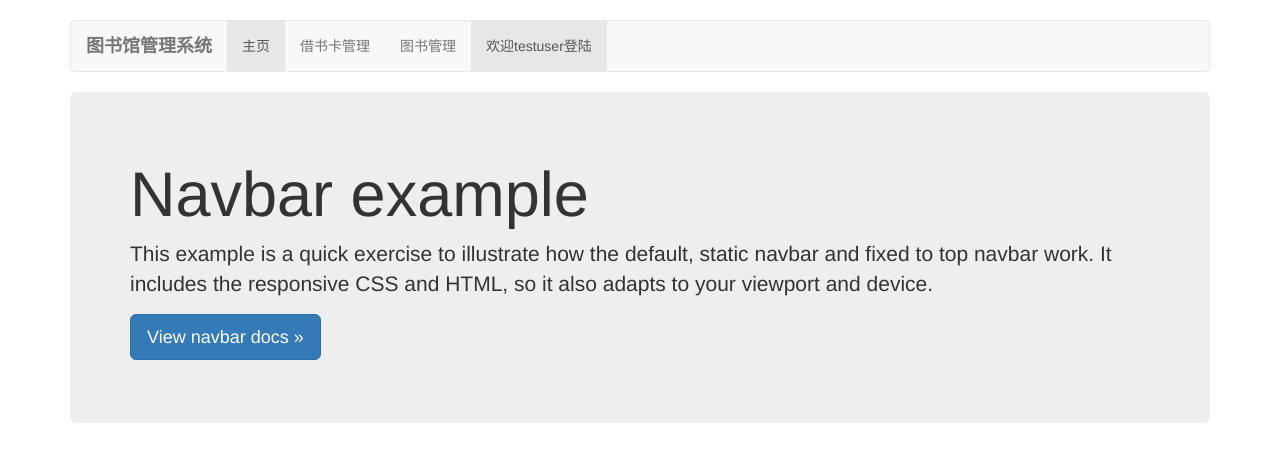
Repository: chaice/code
Page: http://localhost/web5/home
The author's editor kept a copy of each file at every save. The page is drawn from the files as they stood at one save, then again after the next save.
The browser window is 1280 px wide. The pictures show the whole page.
Some web libraries are served in a nearby version. The page is served by Tomcat 9. The session is filled in as if someone had signed in: {"username": "testuser"}.

Above is the page before, as saved 2016-06-01 08:17:56.

After the next save:
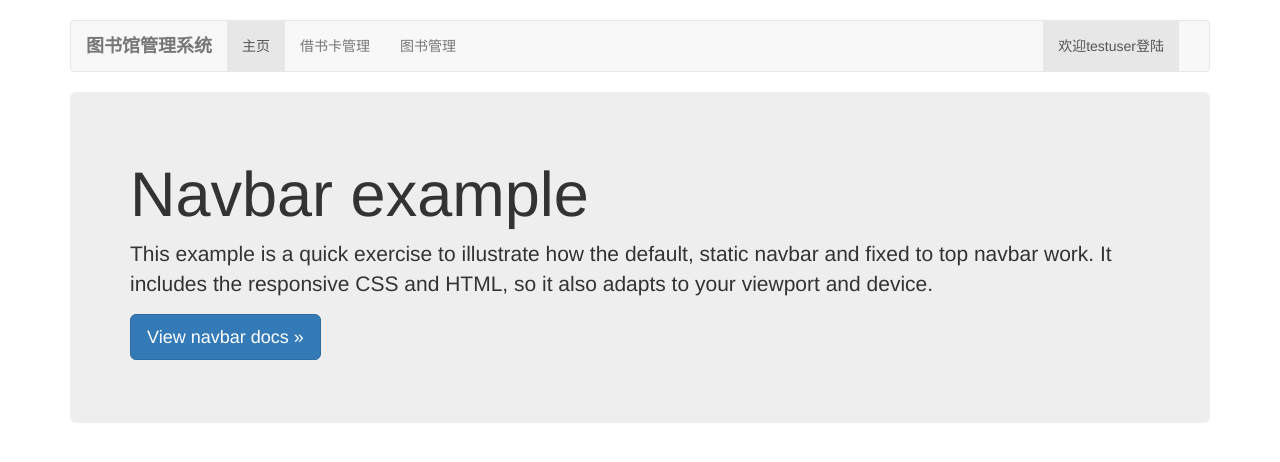
Saved 20 s later.
--- a/web5/WebContent/WEB-INF/views/head.jsp
+++ b/web5/WebContent/WEB-INF/views/head.jsp
@@ -33,8 +33,8 @@ body {
 						<li><a href="/card">借书卡管理</a></li>
 						<li><a href="/book">图书管理</a></li>
 					</ul>
-					<ul class="nav navbar-nav"><li><a>欢迎<%=name%>登陆</a></li></ul>
+					<ul style="float:right" class="nav navbar-nav"><li><a>欢迎<%=name%>登陆</a></li></ul>
 				</div>
-				<div id="navbar" class="navbar-collapse collapse" style="float:right"></div>
+				<div id="navbar" class="navbar-collapse collapse" ></div>
 			</div>
 		</nav>
